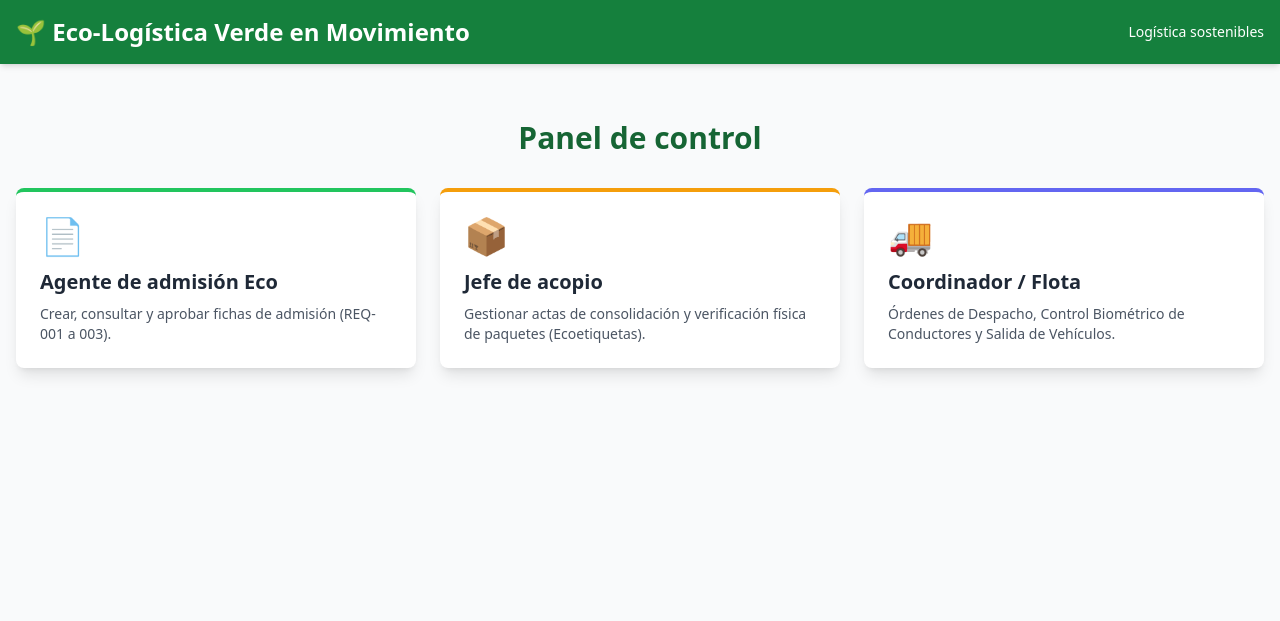
Repository: estiven322M/ProyectoSoftwareII
Page: EcoLogisticaVerdeEnMovimiento/src/main/resources/static/index.html
The author's editor kept a copy of each file at every save. The page is drawn from the files as they stood at one save, then again after the next save.
The browser window is 1280 px wide. The pictures show the whole page.
Some web libraries are served in a nearby version.

Above is the page before, as saved 2026-04-27 02:20:02.

### EcoLogisticaVerdeEnMovimiento/src/main/resources/static/index.html
<!DOCTYPE html>
<html lang="es">
<head>
    <meta charset="UTF-8">
    <meta name="viewport" content="width=device-width, initial-scale=1.0">
    <title>Eco-Logística Verde en Movimiento</title>
    <script src="https://cdn.tailwindcss.com"></script>
</head>
<body class="bg-gray-50 text-gray-800 font-sans">

    <nav class="bg-green-700 text-white p-4 shadow-md">
        <div class="container mx-auto flex justify-between items-center">
            <h1 class="text-2xl font-bold">🌱 Eco-Logística Verde en Movimiento</h1>
            <span class="text-sm font-light">Logística sostenibles</span>
        </div>
    </nav>

    <main class="container mx-auto mt-10 p-4">
        <h2 class="text-3xl font-semibold text-center mb-8 text-green-800">Panel de control</h2>

        <div class="grid grid-cols-1 md:grid-cols-2 lg:grid-cols-3 gap-6">

            <a href="fichas.html" class="block bg-white p-6 rounded-lg shadow-lg hover:shadow-xl transition-shadow border-t-4 border-green-500">
                <div class="text-green-600 text-4xl mb-3">📄</div>
                <h3 class="text-xl font-bold mb-2">Agente de admisión Eco</h3>
                <p class="text-gray-600 text-sm">Crear, consultar y aprobar fichas de admisión (REQ-001 a 003).</p>
            </a>

			<a href="acopio.html" class="block bg-white p-6 rounded-lg shadow-lg hover:shadow-xl transition-shadow border-t-4 border-amber-500">
			                <div class="text-amber-600 text-4xl mb-3">📦</div>
			                <h3 class="text-xl font-bold mb-2">Jefe de acopio</h3>
			                <p class="text-gray-600 text-sm">Gestionar actas de consolidación y verificación física de paquetes (Ecoetiquetas).</p>
			            </a>

						<a href="flota.html" class="block bg-white p-6 rounded-lg shadow-lg hover:shadow-xl transition-shadow border-t-4 border-indigo-500">
						                <div class="text-indigo-600 text-4xl mb-3">🚚</div>
						                <h3 class="text-xl font-bold mb-2">Coordinador / Flota</h3>
						                <p class="text-gray-600 text-sm">Órdenes de Despacho, Control Biométrico de Conductores y Salida de Vehículos.</p>
						            </a>

        </div>
    </main>

</body>
</html>

After the next save:
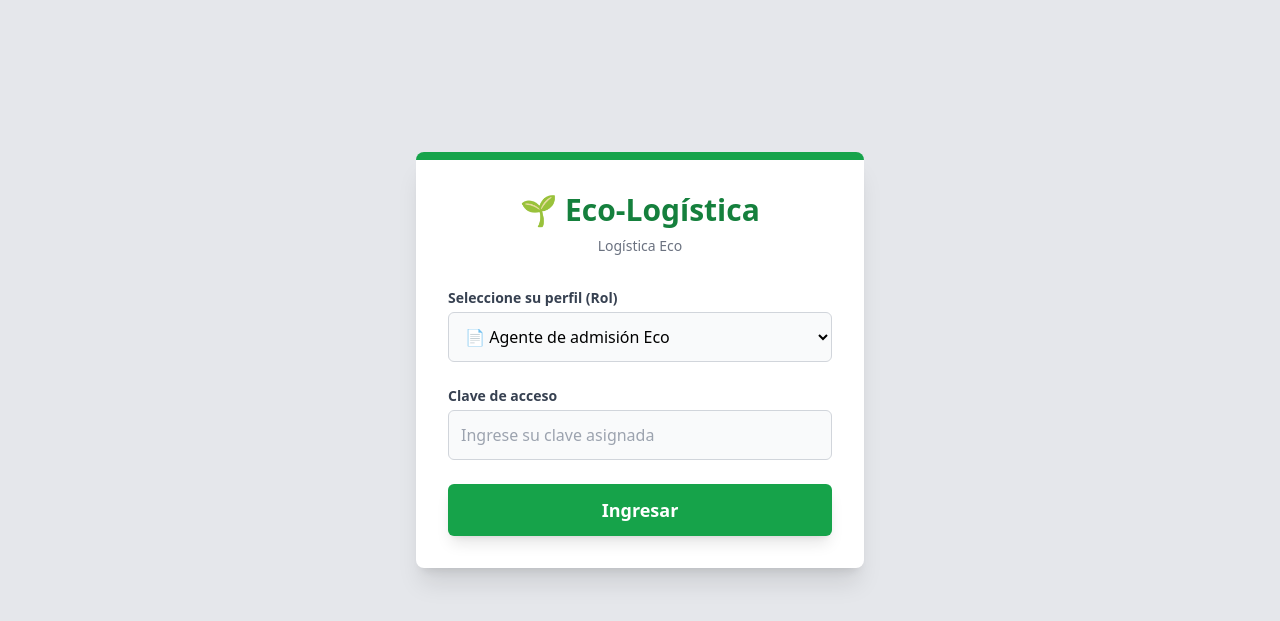
Saved 30 min 25 s later.
--- a/EcoLogisticaVerdeEnMovimiento/src/main/resources/static/index.html
+++ b/EcoLogisticaVerdeEnMovimiento/src/main/resources/static/index.html
@@ -3,43 +3,57 @@
 <head>
     <meta charset="UTF-8">
     <meta name="viewport" content="width=device-width, initial-scale=1.0">
-    <title>Eco-Logística Verde en Movimiento</title>
+    <title>Login - Eco-Logística Verde</title>
     <script src="https://cdn.tailwindcss.com"></script>
 </head>
-<body class="bg-gray-50 text-gray-800 font-sans">
+<body class="bg-gray-200 flex items-center justify-center min-h-screen">
 
-    <nav class="bg-green-700 text-white p-4 shadow-md">
-        <div class="container mx-auto flex justify-between items-center">
-            <h1 class="text-2xl font-bold">🌱 Eco-Logística Verde en Movimiento</h1>
-            <span class="text-sm font-light">Logística sostenibles</span>
+    <div class="bg-white p-8 rounded-lg shadow-xl w-full max-w-md border-t-8 border-green-600">
+        <div class="text-center mb-8">
+            <h1 class="text-3xl font-extrabold text-green-700 mb-2">🌱 Eco-Logística</h1>
+            <p class="text-gray-500 text-sm">Logística Eco</p>
         </div>
-    </nav>
 
-    <main class="container mx-auto mt-10 p-4">
-        <h2 class="text-3xl font-semibold text-center mb-8 text-green-800">Panel de control</h2>
+        <form id="loginForm" class="space-y-6">
+            <div>
+                <label class="block text-sm font-bold text-gray-700 mb-1">Seleccione su perfil (Rol)</label>
+                <select id="rolSelect" class="w-full p-3 border border-gray-300 rounded-md focus:ring-green-500 focus:border-green-500 bg-gray-50">
+                    <option value="fichas.html">📄 Agente de admisión Eco</option>
+                    <option value="acopio.html">📦 Jefe de acopio Eco</option>
+                    <option value="flota.html">🚚 Coordinador / Técnico de flota Eco</option>
+                </select>
+            </div>
 
-        <div class="grid grid-cols-1 md:grid-cols-2 lg:grid-cols-3 gap-6">
+            <div>
+                <label class="block text-sm font-bold text-gray-700 mb-1">Clave de acceso</label>
+                <input type="password" id="claveInput" required class="w-full p-3 border border-gray-300 rounded-md focus:ring-green-500 focus:border-green-500 bg-gray-50" placeholder="Ingrese su clave asignada">
+            </div>
 
-            <a href="fichas.html" class="block bg-white p-6 rounded-lg shadow-lg hover:shadow-xl transition-shadow border-t-4 border-green-500">
-                <div class="text-green-600 text-4xl mb-3">📄</div>
-                <h3 class="text-xl font-bold mb-2">Agente de admisión Eco</h3>
-                <p class="text-gray-600 text-sm">Crear, consultar y aprobar fichas de admisión (REQ-001 a 003).</p>
-            </a>
+            <button type="submit" class="w-full bg-green-600 text-white font-bold py-3 px-4 rounded-md hover:bg-green-700 transition shadow-lg text-lg">
+                Ingresar
+            </button>
+        </form>
 
-			<a href="acopio.html" class="block bg-white p-6 rounded-lg shadow-lg hover:shadow-xl transition-shadow border-t-4 border-amber-500">
-			                <div class="text-amber-600 text-4xl mb-3">📦</div>
-			                <h3 class="text-xl font-bold mb-2">Jefe de acopio</h3>
-			                <p class="text-gray-600 text-sm">Gestionar actas de consolidación y verificación física de paquetes (Ecoetiquetas).</p>
-			            </a>
+        <div id="loginError" class="mt-4 hidden p-3 bg-red-100 border border-red-400 text-red-800 rounded text-sm text-center font-bold">
+        </div>
+    </div>
 
-						<a href="flota.html" class="block bg-white p-6 rounded-lg shadow-lg hover:shadow-xl transition-shadow border-t-4 border-indigo-500">
-						                <div class="text-indigo-600 text-4xl mb-3">🚚</div>
-						                <h3 class="text-xl font-bold mb-2">Coordinador / Flota</h3>
-						                <p class="text-gray-600 text-sm">Órdenes de Despacho, Control Biométrico de Conductores y Salida de Vehículos.</p>
-						            </a>
+    <script>
+        document.getElementById('loginForm').addEventListener('submit', (e) => {
+            e.preventDefault();
+            const clave = document.getElementById('claveInput').value;
+            const destino = document.getElementById('rolSelect').value;
 
-        </div>
-    </main>
-
+            // Validación de seguridad (Simulando la validación del backend)
+            if(clave === '1094948414') {
+                // Redirigir a la pantalla del rol seleccionado
+                window.location.href = destino;
+            } else {
+                const errorDiv = document.getElementById('loginError');
+                errorDiv.innerText = "❌ Clave incorrecta. Acceso denegado.";
+                errorDiv.classList.remove('hidden');
+            }
+        });
+    </script>
 </body>
 </html>
